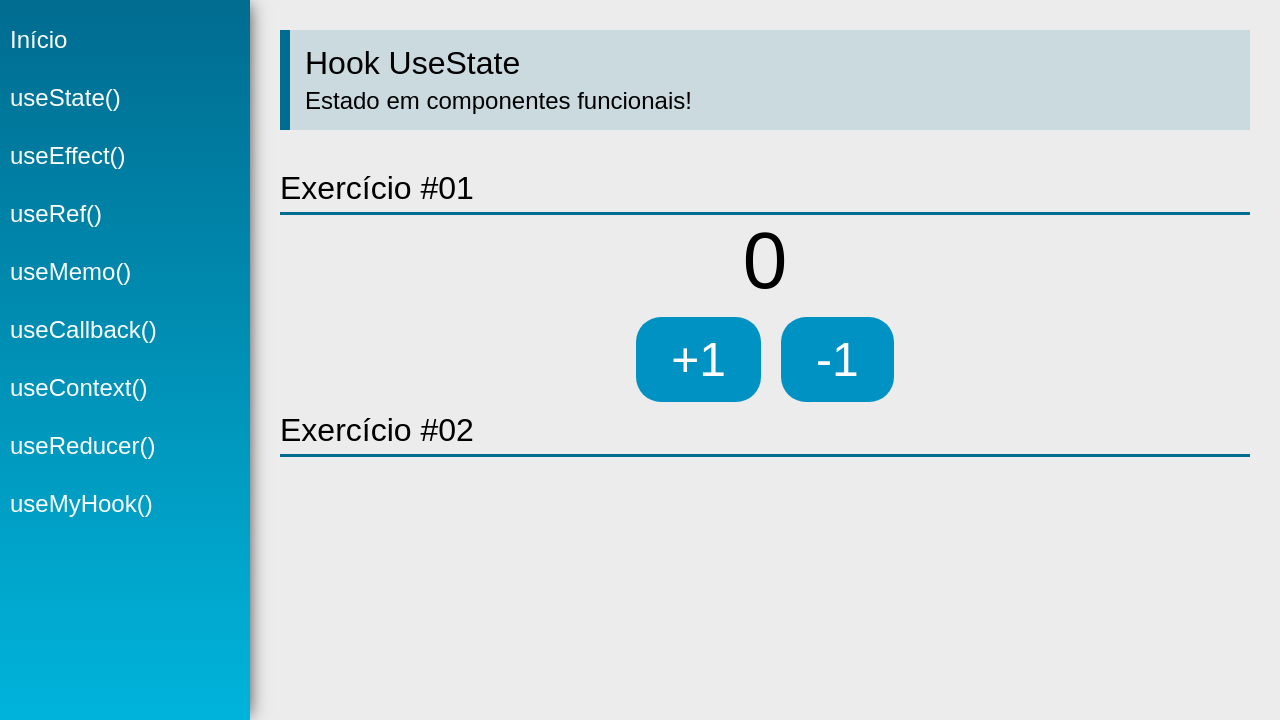
Repository: jean-siqueira/react-hoocks
Page: /useState
An editor plug-in stored every save of this project. The page is shown before and after the next save, followed by the edit.
The browser window is 1280 px wide. The pictures show the whole page.
The project was rebuilt for these pictures with package versions that can differ from the ones it lists, and the page was loaded fresh each time. Also part of the build but not shown: src/views/examples/Home.jsx, src/views/examples/NotFound.jsx, src/views/examples/UseEffect.jsx, src/views/examples/UseRef.jsx, src/views/examples/UseCallback.jsx, src/views/examples/UseMemo.jsx, src/views/examples/UseContext.jsx, src/views/examples/UseReducer.jsx and 1 more.

Above is the page before, as saved 2023-04-01 09:32:31.

After the next save:
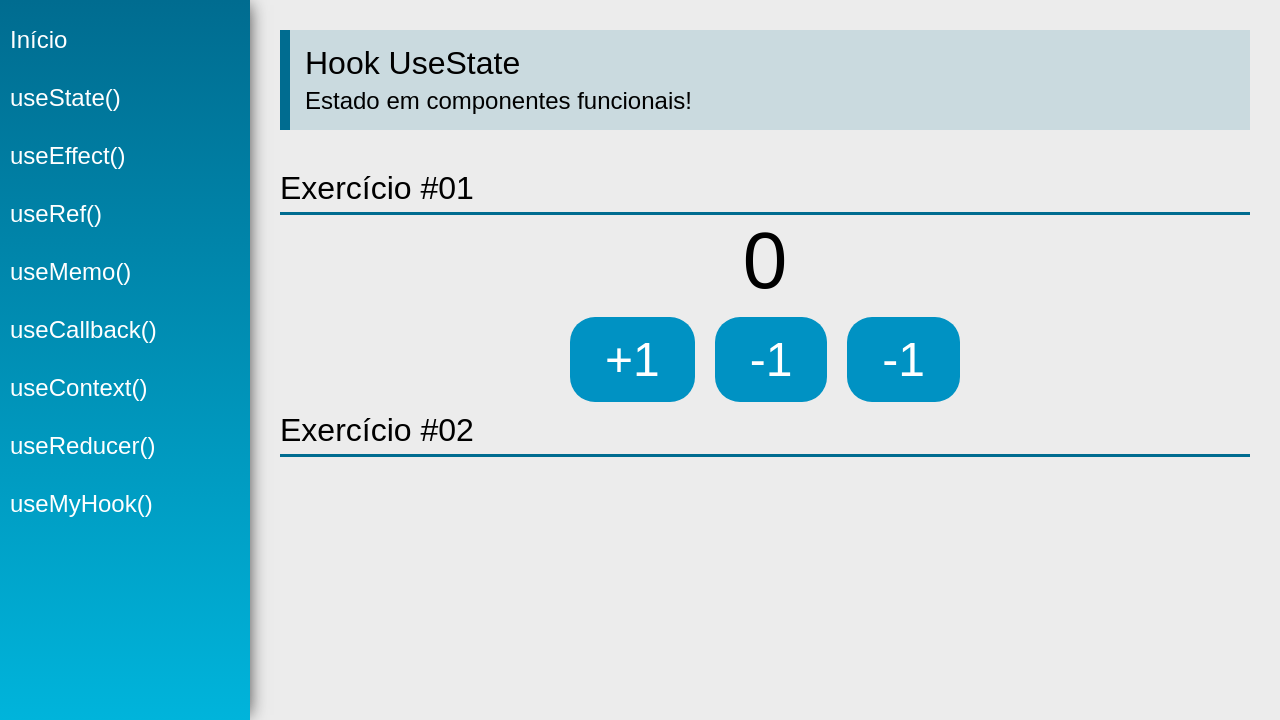
Saved 7 min 8 s later.
--- a/src/views/examples/UseState.jsx
+++ b/src/views/examples/UseState.jsx
@@ -18,6 +18,7 @@ const UseState = (props) => {
                 <div>
                     <button className="btn" onClick={()=>setCount(count +1)}>+1</button>
                     <button className="btn" onClick={()=>setCount(count -1)}>-1</button>
+                    <button className="btn" onClick={()=>setCount(current => current +100)}>-1</button>
                 </div>
             </div>
 
